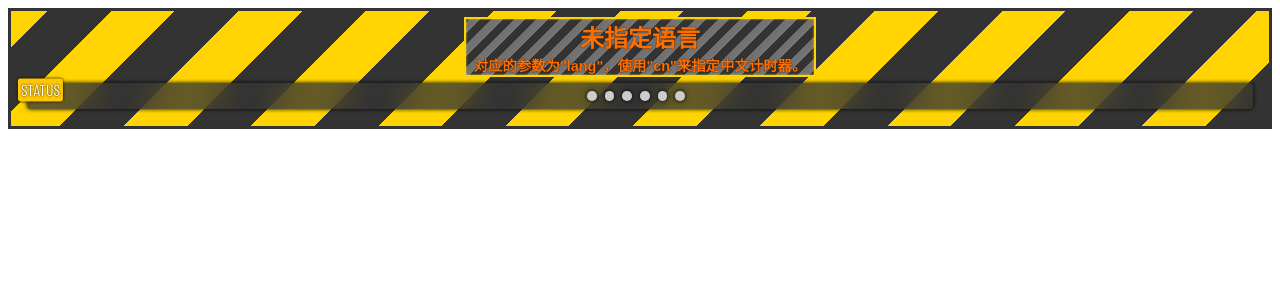
Repository: cirisus/ArknighTimer
Page: timer.html
These files come from the project's save history. The page is drawn as it stood at one moment and after the next save; the edit follows.
The browser window is 1280 px wide. The pictures show the whole page.
Some web fonts or font styles are not loaded; a fallback is used.

Above is the page before, as saved 2024-03-09 15:19:06.

### timer.html
<!DOCTYPE html>
<html>
  <head>
    <meta charset="UTF-8">
    <meta name="description" content="明日方舟同人中文站计时器本体">
    <meta name="keywords" content="arknights,wiki,timer">
    <link rel="stylesheet" href="/ArknighTimer/timer.css">
    <script src="/ArknighTimer/timer.js"></script>
  </head>

  <body>
    <noscript>此程序强依赖于对应的Javascript脚本。</noscript>

    <div id="timer">
      <div id="stuff">
      <h2 id="title"></h2>

      <div id="clock">
        <div id="years-div" class="unit">
          <span id="years" class="unit-value"></span>
          <span id="years-label" class="unit-label"></span>
        </div>

        <div id="months-div" class="unit">
          <span id="months" class="unit-value"></span>
          <span id="months-label" class="unit-label"></span>
        </div>

        <div id="days-div" class="unit">
          <span id="days" class="unit-value"></span>
          <span id="days-label" class="unit-label"></span>
        </div>

        <div id="hours-div" class="unit">
          <span id="hours" class="unit-value"></span>
          <span id="hours-label" class="unit-label"></span>
        </div>

        <div id="minutes-div" class="unit">
          <span id="minutes" class="unit-value"></span>
          <span id="minutes-label" class="unit-label"></span>
        </div>

        <div id="seconds-div" class="unit">
          <span id="seconds" class="unit-value"></span>
          <span id="seconds-label" class="unit-label"></span>
        </div>
        </div>
      </div>
    </div>
  </body>
</html>

### timer.css
@import url('https://fonts.googleapis.com/css2?family=Barlow+Condensed:ital,wght@0,100;0,200;0,300;0,400;0,500;0,600;0,700;0,800;0,900;1,100;1,200;1,300;1,400;1,500;1,600;1,700;1,800;1,900&display=swap');
@font-face {
  font-family: Glow Sans SC_Condensed;
  src: url(https://cdn.jsdelivr.net/gh/cirisus/ArknighTimer/GlowSans/GlowSansSC-Condensed-Medium.woff2);
  font-weight: normal;
  font-style: normal;
}
:root {
  --secondary-accent: 255, 212, 0;
  --scale-2: 51,51,51;
}
body {
  font-family: 'Glow Sans SC_Condensed',Arial, sans-serif;
  text-shadow: 0 0 1px black;
}
#timer {
  display: grid;
  grid-auto-columns: 1fr;
  grid-auto-rows: 1fr;
  grid-template-columns: 1fr;
  grid-template-rows: min-content 1fr;
  gap: 1px 1px;
  grid-template-areas:
    "title"
    "countdown";

  padding: 0.5rem;
  border: 3px solid rgb(var(--scale-2));
  background: repeating-linear-gradient(-45deg, rgb(var(--scale-2)), rgb(var(--scale-2)) 45px, rgb(var(--secondary-accent)) 0, rgb(var(--secondary-accent)) 90px);
}
#title {
  grid-area: title;
  text-align: center;
  margin-block-start: 0;
  margin-block-end: 0;
  background: rgb(var(--scale-2));
  width: fit-content;
  padding: 0 .5rem;
  margin: auto;
    outline: 2px solid #ffd301;
    box-shadow: inset 0 0 2px #ffd400;
    background-image: repeating-linear-gradient(135deg, rgb(var(--scale-2)), rgb(var(--scale-2)) 8px, rgb(111 111 111) 0, rgb(117 117 117) 16px);
    background-size: 500%;
    animation: progress-bar 300s infinite linear;
}
@keyframes progress-bar {
  0% {
    background-position-x: 100%;
  }
  100% {
    background-position: -400%;
  }
}
/*
h2#title:after {
  content: '';
  height: 47px;
  width: 2rem;
  position: absolute;
  transform: translateX(8px);
  background: #333;
  -webkit-clip-path: polygon(60% 0, 100% 50%, 60% 100%, 0 100%, 0 0);
  clip-path: polygon(60% 0, 100% 50%, 60% 100%, 0 100%, 0 0);
}
*/
#clock {
  display: flex;
  justify-content: center;
  align-items: center;
  flex-wrap: wrap;
  grid-area: countdown;
  color: #f3f2ec;
  background-color: rgb(var(--scale-2), .75);
  -webkit-backdrop-filter: blur(1rem);
  backdrop-filter: blur(1rem);
  text-align: center;
  border-radius: 0.25em;
  margin: .5em;
  padding: 0 .25rem;
  box-shadow: 0 0 4px black;
  box-sizing: border-box;
  &::before {
    content: 'Status';
    font-family: "Barlow Condensed", sans-serif;
    position: absolute;
    display: inline-flex;
    top: 0;
    left: 0;
    width: fit-content;
    height: fit-content;
    border-radius: 0.15em;
    background-color: #ffc700;
    z-index: -1;
    transform: translate(-20%,-20%);
    box-shadow: 0 0 3px 0px black;
    padding: 2px 3px;
    align-items: center;
    color: white;
    text-shadow: 0 0 2px black;
    text-transform: uppercase;
  }
  &::after {
    content: attr(data-status);
    position: absolute;
    top: 0;
    left: 0;
    width: fit-content;
    height: fit-content;
    border-radius: 0.15em;
    z-index: -1;
    transform: translate(20%,-20%);
    box-shadow: 0 0 3px 0px black;
  }
}
#clock[data-status="running"]::after {
  background-color: #16663e;
  color: #ccc;
}
#clock[data-status="expired"]::after {
  background-color: #ffcc00;
  color: #ccc;
}
#clock[data-status="ceased"]::after {
  background-color: #ad2117;
  color: #ccc;
}
.unit {
  display: inline-flex;
  margin: 0.5em 0;
  justify-content: center;
  align-items: center;
}

.unit-value {
  font-family: "Barlow Condensed", sans-serif;
  font-size: 2em;
  color: #333;
  background-color: #ccc;
  border-radius: 0.15em;
  padding: 0.15em;
  box-shadow: 0 0 5px black;
}

.unit-label {
  font-size: 1.5em;
  padding: 0 .25rem;
}

/* Basic utility classes */
.hidden {
  display: none;
}

.error {
  color: rgb(255, 111, 0);
  animation: none;
}
.error-secondary {
  font-size: 0.6em;
}
.progress {
  color: #f3f2ec;
}

.finished {
  color: #fff28e;
  animation: none;
}

### timer.js
// Constants
var SECONDS_MS = 1000;
var MINUTES_MS = SECONDS_MS * 60;
var HOURS_MS = MINUTES_MS * 60;
var DAYS_MS = HOURS_MS * 24;

var SECONDS_ENUM = 0;
var MINUTES_ENUM = 1;
var HOURS_ENUM = 2;
var DAYS_ENUM = 3;
var MONTHS_ENUM = 4;
var YEARS_ENUM = 5;

// Initialization errors are only in English unfortunately.
function setError(primary, secondary = null) {
  var titleElement = document.getElementById('title');
  titleElement.classList.add('error');
  titleElement.innerText = primary;

  var clockElement = document.getElementById('clock');
  clockElement.classList.add('hidden');

  if (secondary) {
    var messageElement = document.createElement('div');
    messageElement.classList.add('error-secondary');
    messageElement.innerText = secondary;
    titleElement.appendChild(messageElement);
  }
}

// Localization
function getMessage(language, messageKey) {
  var translations = {
    // English
    'en': {
      'timer-description': 'Timer expiring at',
      'timer-progress': 'This timer will expire in',
      'timer-finished': 'This timer has been expired since',
      'years': 'years',
      'months': 'months',
      'days': 'days',
      'hours': 'hours',
      'minutes': 'minutes',
      'seconds': 'seconds',
    },

    // French
    'fr': {
      'timer-description': 'Fin du compte à rebours à',
      'timer-progress': 'Ce compte à rebours se terminera dans',
      'timer-finished': 'Ce compte à rebous est terminé depuis',
      'years': 'ans',
      'months': 'mois',
      'days': 'jours',
      'hours': 'heures',
      'minutes': 'minutes',
      'seconds': 'secondes',
    },

    // Pig Latin
    'pig': {
      'timer-description': 'Imertay expiringyay atyay',
      'timer-progress': 'Isthay imertay illway expireyay inyay',
      'timer-finished': 'Isthay imertay ashay eenbay expiredyay incesay',
      'years': 'earsyay',
      'months': 'onthsmay',
      'days': 'aysday',
      'hours': 'ourshay',
      'minutes': 'inutesmay',
      'seconds': 'econdssay',
    },

    // Spanish
    'es': {
      'timer-description': 'El temporizador finaliza en',
      'timer-progress': 'El temporizador finalizará en',
      'timer-finished': 'El temporizador ha finalizado desde hace',
      'years': 'años',
      'months': 'meses',
      'days': 'días',
      'hours': 'horas',
      'minutes': 'minutos',
      'seconds': 'segundos',
    },

    // Vietnamese
    'vi': {
      'timer-description': 'Đồng hồ kết thúc vào',
      'timer-progress': 'Đồng hồ sẽ kết thúc trong',
      'timer-finished': 'Đồng hồ này đã kết thúc kể từ',
      'years': 'năm',
      'months': 'tháng',
      'days': 'ngày',
      'hours': 'giờ',
      'minutes': 'phút',
      'seconds': 'giây',
    },

    // Simplified Chinese
    'cn': {
      'timer-description': '此计时器将过期于：',
      'timer-progress': '此计时器将过期于：',
      'timer-finished': '此计时器已过期：',
      'years': '年',
      'months': '月',
      'days': '日',
      'hours': '时',
      'minutes': '分',
      'seconds': '秒',
    },
  };

  // Special case:
  // The 'test' language just echoes the message key back out.
  if (language === 'test') {
    return messageKey;
  }

  // Get message based on language
  var messages = translations[language];
  if (!messages) {
    setError('暂无此语言的计时器 ' + language);
    return null;
  }

  var message = messages[messageKey];
  if (!message) {
    setError('无效的参数' + messageKey);
    return null;
  }

  return message;
}

function insertCSS(styling) {
  var head = document.head || document.getElementsByTagName('head')[0];
  var style = document.createElement('style');

  style.type = 'text/css';
  style.appendChild(document.createTextNode(styling));
  head.appendChild(style);
}

function getDaysInFebruary(startYear) {
  return (startYear % 4 === 0 && startYear % 100 !== 0)
    || startYear % 400 === 0 ? 29 : 28;
}

function elapsedData(targetTime) {
  var now = new Date();
  var elapsed = now - targetTime;

  if (elapsed >= 0) {
    // Date is in the past
    return {
      elapsed: elapsed,
      finished: true,
      startTime: targetTime,
      endTime: now,
    };
  } else {
    // Date is in the future
    return {
      elapsed: -elapsed,
      finished: false,
      startTime: now,
      endTime: targetTime,
    };
  }
}

// Based on https://stackoverflow.com/a/49201872
// Calculate differences greater than a day.
function dateDiff(startDate, endDate) {
  // Trim sub-day differences to avoid 0.8 days from rounding up.
  var diff = endDate - startDate;
  diff -= Math.floor(diff % DAYS_MS);
  endDate = new Date(startDate.getTime() + diff);

  // Get month data
  var february = getDaysInFebruary(startDate.getFullYear());
  var daysInMonth = [31, february, 31, 30, 31, 30, 31, 31, 30, 31, 30, 31];

  var yearDiff = endDate.getFullYear() - startDate.getFullYear();
  var monthDiff = endDate.getMonth() - startDate.getMonth();
  if (monthDiff < 0) {
    yearDiff--;
    monthDiff += 12;
  }

  var dayDiff = endDate.getDate() - startDate.getDate();
  if (dayDiff < 0) {
    if (monthDiff > 0) {
      monthDiff--;
    } else {
      yearDiff--;
      monthDiff = 11;
    }

    dayDiff += daysInMonth[startDate.getMonth()];
  }

  return {
    years: yearDiff,
    months: monthDiff,
    days: dayDiff,
  };
}

// Calculate difference in time, in all units
function timeRemaining(targetTime) {
  var data = elapsedData(targetTime);

  // Differences > 1 day
  var dateDiffs = dateDiff(data.startTime, data.endTime);
  var years = dateDiffs.years;
  var months = dateDiffs.months;
  var days = dateDiffs.days;

  // Differences < 1 day
  var elapsed = Math.floor(data.elapsed % DAYS_MS);

  var hours = Math.floor(elapsed / HOURS_MS);
  elapsed = Math.floor(elapsed % HOURS_MS);

  var minutes = Math.floor(elapsed / MINUTES_MS);
  elapsed = Math.floor(elapsed % MINUTES_MS);

  var seconds = Math.floor(elapsed / SECONDS_MS);
  elapsed = Math.floor(elapsed % MINUTES_MS);

  // Get highest unit present
  var highest;
  if (years > 0) {
    highest = YEARS_ENUM;
  } else if (months > 0) {
    highest = MONTHS_ENUM;
  } else if (days > 0) {
    highest = DAYS_ENUM;
  } else if (hours > 0) {
    highest = HOURS_ENUM;
  } else if (minutes > 0) {
    highest = MINUTES_ENUM;
  } else {
    highest = SECONDS_ENUM;
  }

  return {
    years: years,
    months: months,
    days: days,
    hours: hours,
    minutes: minutes,
    seconds: seconds,
    finished: data.finished,
    highest: highest,
  };
}

function setTimerField(language, field, value) {
  var visible = value !== null;

  if (visible) {
    document.getElementById(field).innerText = value;
  }

  setTimerFieldVisibility(field, visible);
}

function setTimerFieldVisibility(field, visible) {
  var element = document.getElementById(field + '-div');

  if (visible) {
    element.classList.remove('hidden');
  } else {
    element.classList.add('hidden');
  }
}

function createTimer(language, targetTime, progressMessage, finishedMessage) {
  progressMessage = progressMessage || getMessage(language, 'timer-progress');
  finishedMessage = finishedMessage || getMessage(language, 'timer-finished');

  // Update routine, to invoke every second
  var timerFields = [
    ['years', YEARS_ENUM, 1],
    ['months', MONTHS_ENUM, 1],
    ['days', DAYS_ENUM, 1],
    ['hours', HOURS_ENUM, 2],
    ['minutes', MINUTES_ENUM, 2],
    ['seconds', SECONDS_ENUM, 2],
  ];

  // Initial application of field labels
  for (var i = 0; i < timerFields.length; i++) {
    var field = timerFields[i][0];
    document.getElementById(field + '-label').innerText = getMessage(language, field);
  }

  function updateTimer() {
    var remaining = timeRemaining(targetTime);

    // Set title message
    var titleElement = document.getElementById('title');

    if (remaining.finished) {
      titleElement.innerText = finishedMessage;
      titleElement.classList = ['finished'];
      document.getElementById('clock').setAttribute('data-status', 'expired');
    } else {
      titleElement.innerText = progressMessage;
      titleElement.classList = ['progress'];
      document.getElementById('clock').setAttribute('data-status', 'running');
    }

    // Set individual timer fields
    for (var i = 0; i < timerFields.length; i++) {
      var field = timerFields[i][0];
      var fieldEnum = timerFields[i][1];
      var padWidth = timerFields[i][2];

      // If the value is to be shown, then display it.
      // Ensure digits are padded to the appropriate width.
      var value = remaining.highest >= fieldEnum
        ? String(remaining[field]).padStart(padWidth, '0')
        : null;

      setTimerField(language, field, value);
    }
  }

  // Set title.
  // Since this is meant to be used as an iframe, setting it every tick is pointless.
  document.title = getMessage(language, 'timer-description') + ' ' + targetTime;

  // Configure timer to run regularly.
  updateTimer();
  setInterval(updateTimer, 1000);
}

function setup() {
  // Get parameters
  var url = new URL(window.location.href);
  var parameters = new URLSearchParams(url.search);
  var language = parameters.get('lang');
  var timestamp = parameters.get('time');
  var progressMessage = parameters.get('progress');
  var finishedMessage = parameters.get('finished');
  var styling = parameters.get('style'); // allows custom CSS to be injected

  // Check parameters
  if (!language) {
    setError('未指定语言', '对应的参数为"lang"，使用"cn"来指定中文计时器。');
    return;
  }

  if (!timestamp) {
    setError('未设置时间','对应的参数是"time"，可以使用UNIX时间戳或ISO时间字符串。');
    return;
  }

  var targetTime;
  if (/^\d+(\.\d+)?$/.exec(timestamp)) {
    targetTime = new Date(parseFloat(timestamp) * 1000);
  } else {
    targetTime = new Date(timestamp);
    if (isNaN(targetTime)) {
      setError('无效时间戳', timestamp);
      return;
    }
  }

  // Insert custom CSS, if any
  if (styling !== null) {
    insertCSS(styling);
  }

  // Initialize clock
  createTimer(language, targetTime, progressMessage, finishedMessage);
}

setTimeout(setup, 5);

After the next save:
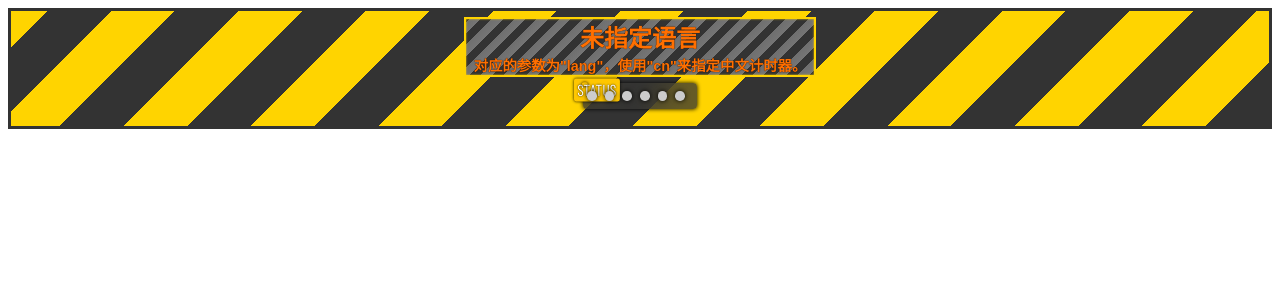
Saved 31 min 45 s later.
--- a/timer.css
+++ b/timer.css
@@ -65,6 +65,7 @@
 */
 #clock {
   display: flex;
+  width: fit-content;
   justify-content: center;
   align-items: center;
   flex-wrap: wrap;
@@ -75,7 +76,7 @@
   backdrop-filter: blur(1rem);
   text-align: center;
   border-radius: 0.25em;
-  margin: .5em;
+  margin: .5em auto;
   padding: 0 .25rem;
   box-shadow: 0 0 4px black;
   box-sizing: border-box;
@@ -101,15 +102,21 @@
   }
   &::after {
     content: attr(data-status);
+    font-family: "Barlow Condensed", sans-serif;
     position: absolute;
+    display: inline-flex;
     top: 0;
     left: 0;
     width: fit-content;
     height: fit-content;
     border-radius: 0.15em;
     z-index: -1;
-    transform: translate(20%,-20%);
+    transform: translate(-20%,-20%);
     box-shadow: 0 0 3px 0px black;
+    padding: 2px 3px;
+    align-items: center;
+    text-shadow: 0 0 2px black;
+    text-transform: uppercase;
   }
 }
 #clock[data-status="running"]::after {
